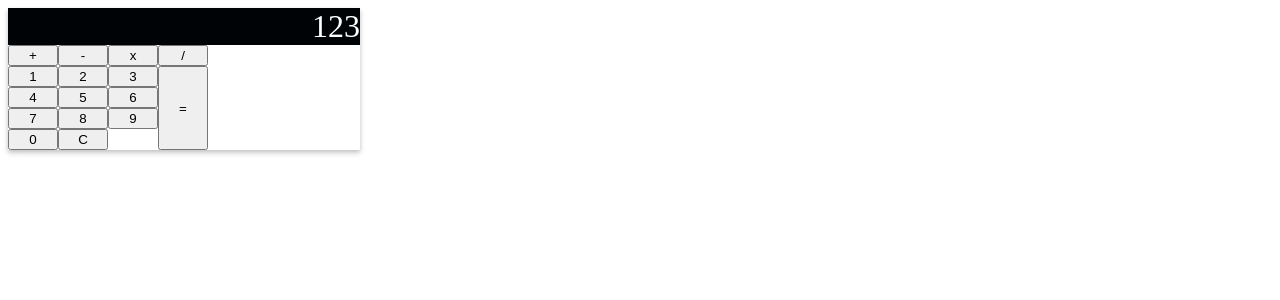
Repository: TEazy2433/LAB-calculator
Page: index.html
An editor plug-in stored every save of this project. The page is shown before and after the next save, followed by the edit.
The browser window is 1280 px wide. The pictures show the whole page.

Above is the page before, as saved 2023-10-14 10:15:10.

After the next save:
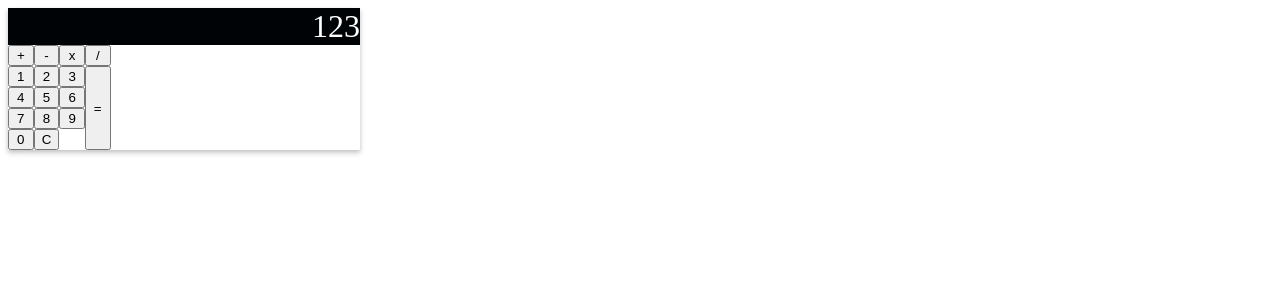
Saved 25 s later.
--- a/main.css
+++ b/main.css
@@ -16,7 +16,7 @@
 .calculator_keys{
   display: grid;
   grid-template-columns: repeat(4,1fr);
-  width: 200px;
+  width: fit-content;
 }
 .calculator_key{
 
